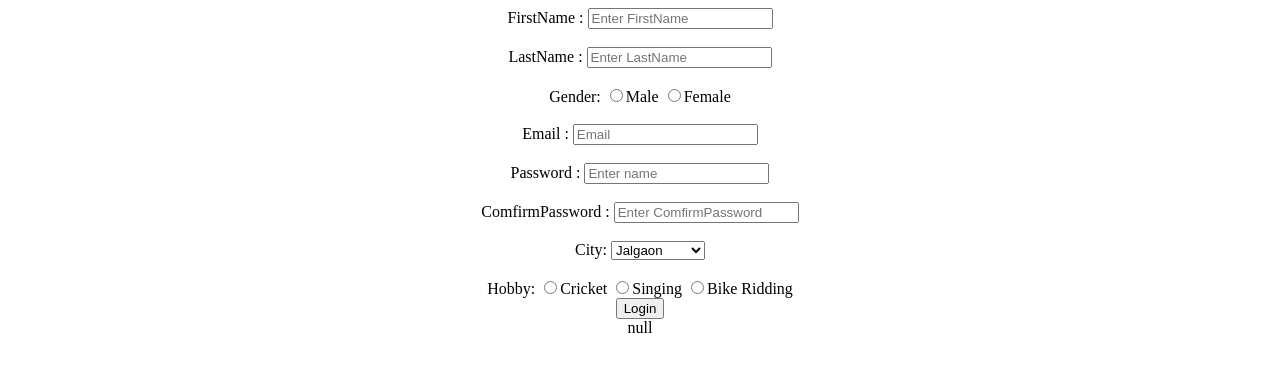
Repository: yogendra-dashore/java-ism
Page: http://localhost/23-ism-jee/Registration.jsp
These files come from the project's save history. The page is drawn as it stood at one moment and after the next save; the edit follows.
The browser window is 1280 px wide. The pictures show the whole page.
The page is served by Tomcat 9.

Above is the page before, as saved 2023-04-03 04:38:42.

After the next save:
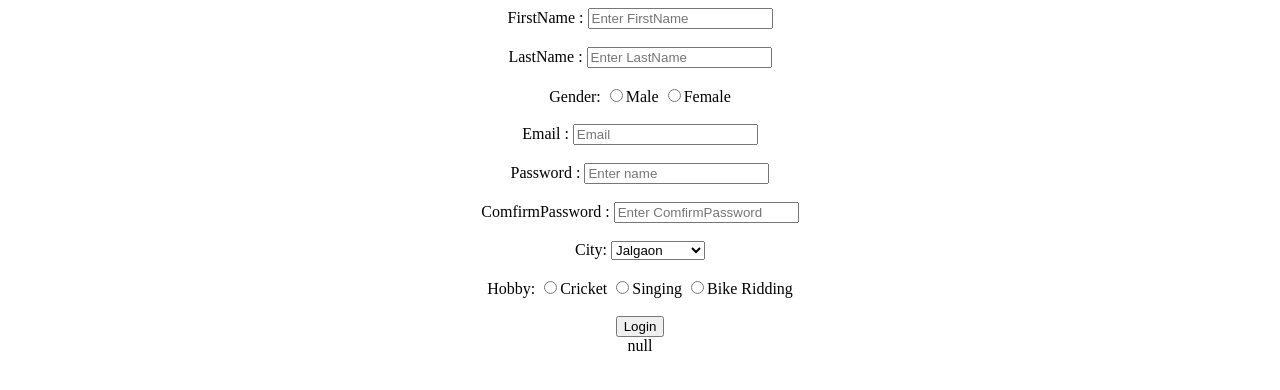
Saved 56 s later.
--- a/23-ism-jee/src/main/webapp/Registration.jsp
+++ b/23-ism-jee/src/main/webapp/Registration.jsp
@@ -31,15 +31,13 @@ ComfirmPassword : <input type="ComfirmPassword" name="ComfirmPassword" placehold
     <option value="Ahmedabad">Ahmedabad</option>
   </select><br><br>
 
-
 Hobby:
   <input type="radio" id="hobbi1" name="Hobbi" value="Cricket">Cricket
 
   <input type="radio" id="hobbi2" name="Hobbi" value="60">Singing
 
-  <input type="radio" id="hobbi3" name="Hobbi" value="100">Bike Ridding<br>
-
-<input type="submit" value="Login">
+  <input type="radio" id="hobbi3" name="Hobbi" value="100">Bike Ridding<br><br>
+   <input type="submit" value="Login">
 
 
 </form>
